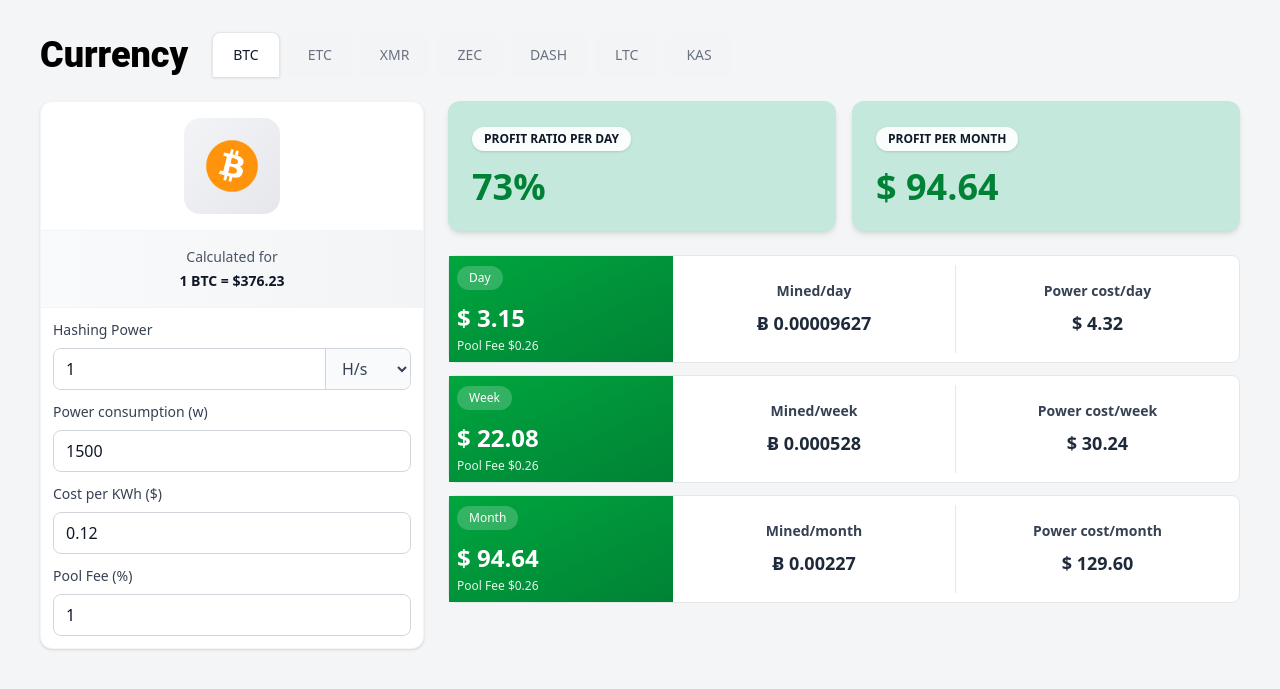
Repository: Bilal-Ahmad-CodeMaster/crypto-proj
Page: /
These files come from the project's save history. The page is drawn as it stood at one moment and after the next save; the edit follows.
The browser window is 1280 px wide. The pictures show the whole page.
The project was rebuilt for these pictures with package versions that can differ from the ones it lists, and the page was loaded fresh each time. The framework's server and built-in components were replaced by stand-ins that run in the browser. Also part of the build but not shown: next.config.ts.

Above is the page before, as saved 2025-11-25 22:40:29.

After the next save:
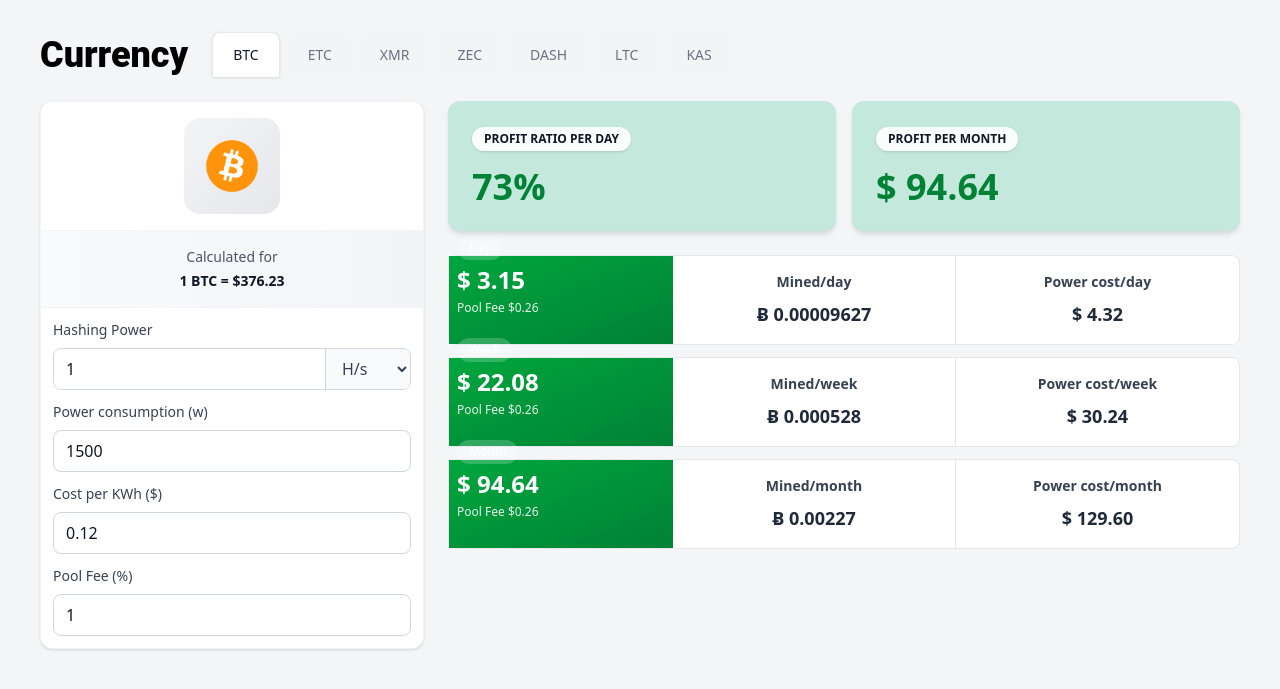
Saved 4 s later.
--- a/src/app/components/ResultCards.tsx
+++ b/src/app/components/ResultCards.tsx
@@ -16,7 +16,7 @@
             <div className="flex">
                 {/* First part with background color */}
                 <div className={`w-56 p-2 text-white relative ${positive ? 'bg-linear-to-br from-green-600 to-green-700' : 'bg-linear-to-br from-red-500 to-red-600'}`}>
-                    <div className="text-xs font-medium bg-white/20 inline-block px-3 py-1 rounded-full mb-3 absloute top-[-20px]">{title}</div>
+                    <div className="text-xs font-medium bg-white/20 inline-block px-3 py-1 rounded-full mb-3 absolute top-[-20px]">{title}</div>
                     <div className="text-2xl font-bold mb-1">{money}</div>
                     <div className="text-xs opacity-90">Pool Fee $0.26</div>
                 </div>
